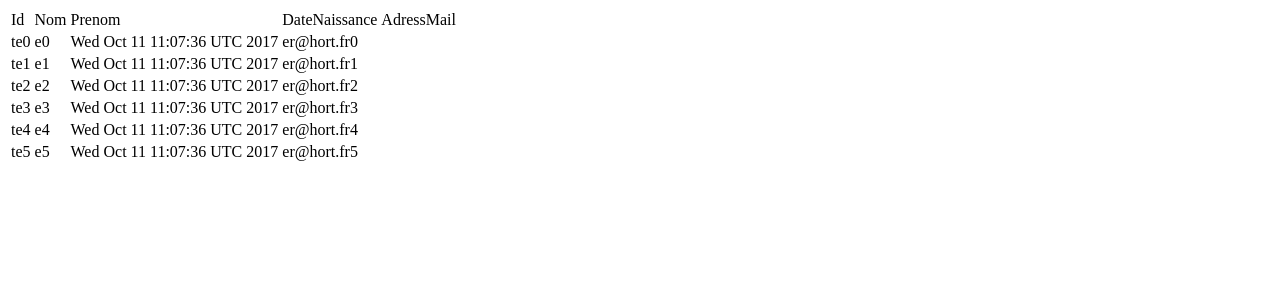
Repository: mikafouenski/JEE
Page: http://localhost/Myapp/lister.jsp
An editor plug-in stored every save of this project. The page is shown before and after the next save, followed by the edit.
The browser window is 1280 px wide. The pictures show the whole page.
The page is served by Tomcat 9.

Above is the page before, as saved 2017-10-11 15:12:46.

After the next save:
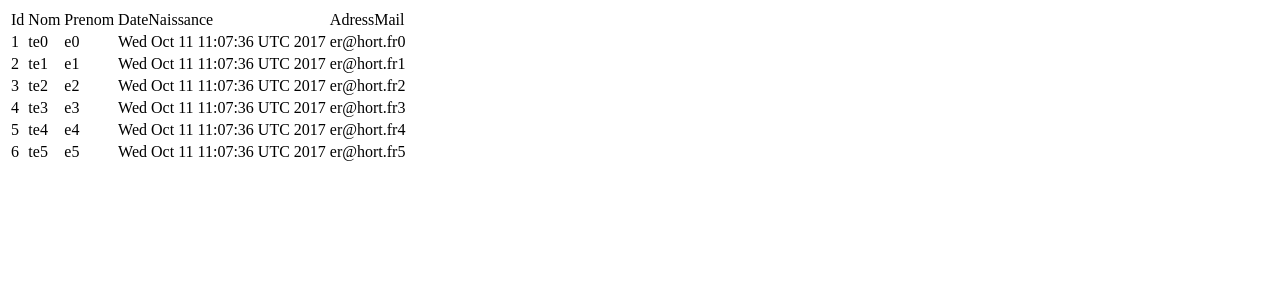
Saved 42 s later.
--- a/Myapp/WebContent/lister.jsp
+++ b/Myapp/WebContent/lister.jsp
@@ -26,6 +26,7 @@
 
 			for(Person p : perM.findAll()) {
 				out.println("<tr>");
+				out.println("<td>"+ p.getId() + "</td>");
 				out.println("<td>"+ p.getNom() + "</td>");
 				out.println("<td>"+ p.getPrenom() + "</td>");
 				out.println("<td>"+ p.getDateNaissance() + "</td>");
